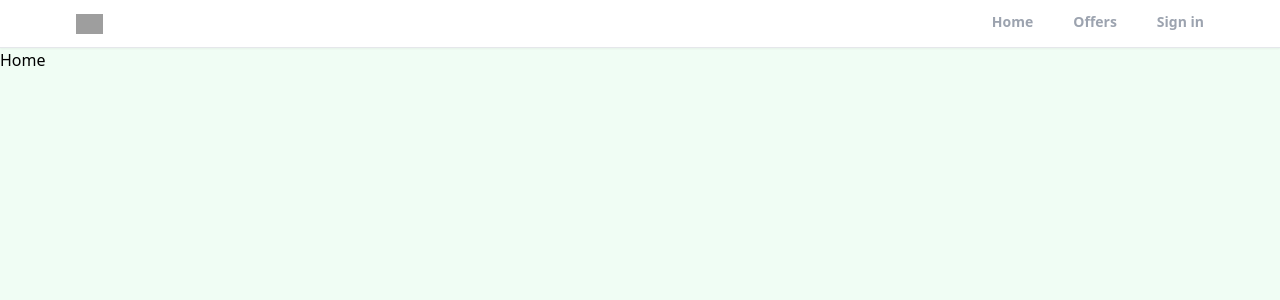
Repository: Masa0915/realtor-clone-react
Page: /
An editor plug-in stored every save of this project. The page is shown before and after the next save, followed by the edit.
The browser window is 1280 px wide. The pictures show the whole page.
Pictures or frames that could not be fetched are drawn as grey boxes. The project was rebuilt for these pictures with package versions that can differ from the ones it lists, and the page was loaded fresh each time. Also part of the build but not shown: src/firebase.js, src/pages/Profile.jsx, src/components/OAuth.jsx, src/pages/SignIn.jsx, src/pages/SignUp.jsx, src/hooks/useAuthStatus.jsx, src/components/Spinner.jsx, src/components/PrivateRoute.jsx and 2 more. Imported but missing from the stored project, and not drawn on this page: src/pages/ForgotPassword.

Above is the page before, as saved 2023-09-24 20:53:52.

### src/index.css
@tailwind base;
@tailwind components;
@tailwind utilities;
body {
  background-color: rgb(240, 253, 244);
}

### src/App.js
import { BrowserRouter as Router, Routes, Route } from "react-router-dom";
import Home from "./pages/Home";
import Profile from "./pages/Profile";
import SignIn from "./pages/SignIn";
import SignUp from "./pages/SignUp";
import ForgotPassword from "./pages/ForgotPassword";
import PrivateRoute from "./components/PrivateRoute";
import Offers from "./pages/Offers";
import Header from "./components/Header";
import { ToastContainer } from "react-toastify";
import "react-toastify/dist/ReactToastify.css";
import CreateListing from "./pages/CreateListing";

function App() {
  return (
    <>
      <Router>
        <Header />
        <Routes>
          <Route path="/" element={<Home />} />
          <Route path="/profile" element={<PrivateRoute />}>
            <Route path="/profile" element={<Profile />} />
          </Route>
          <Route path="/sign-in" element={<SignIn />} />
          <Route path="/sign-up" element={<SignUp />} />
          <Route path="/forgot-password" element={<ForgotPassword />} />
          <Route path="/offers" element={<Offers />} />
          <Route path="create-listing" element={<PrivateRoute />}>
            <Route path="/create-listing" element={<CreateListing />} />
          </Route>
        </Routes>
      </Router>
      <ToastContainer
        position="top-center"
        autoClose={5000}
        hideProgressBar={false}
        newestOnTop={false}
        closeOnClick
        rtl={false}
        pauseOnFocusLoss
        draggable
        pauseOnHover
        theme="dark"
      />
    </>
  );
}

export default App;

### src/components/Header.jsx
// import { useEffect, useState } from "react";
// import { useLocation, useNavigate } from "react-router-dom";
// import { getAuth, onAuthStateChanged } from "firebase/auth";
// export default function Header() {
//   const [pageState, setPageState] = useState("Sign In");
//   const location = useLocation();
//   const navigate = useNavigate();
//   const auth = getAuth();
//   useEffect(() => {
//     onAuthStateChanged(auth, (user) => {
//       if (user) {
//         setPageState("Profile");
//       } else {
//         setPageState("Sign in");
//       }
//     });
//   }, [auth]);
//   function pathMatchRoute(route) {
//     if (route === location.pathname) {
//       return true;
//     }
//   }
//   return (
//     <div className="bg-white border-b shadow-sm sticky top-0 z-40">
//       <header className="flex justify-between items-center px-3 max-w-6xl mx-auto">
//         <div>
//           <img
//             src="https://static.rdc.moveaws.com/images/logos/rdc-logo-default.svg"
//             alt="logo"
//             className="h-5 cursor-pointer"
//             onClick={() => navigate("/")}
//           />
//         </div>
//         <div>
//           <ul className="flex space-x-10">
//             <li
//               className={`cursor-pointer py-3 text-sm font-semibold text-gray-400 border-b-[3px] border-b-transparent ${
//                 pathMatchRoute("/") && "text-black border-b-red-500"
//               }`}
//               onClick={() => navigate("/")}
//             >
//               Home
//             </li>
//             <li
//               className={`cursor-pointer py-3 text-sm font-semibold text-gray-400 border-b-[3px] border-b-transparent
//               ${pathMatchRoute("/offers") && "text-black border-b-red-500"}`}
//               onClick={() => navigate("/offers")}
//             >
//               Offers
//             </li>
//             <li
//               className={`cursor-pointer py-3 text-sm font-semibold text-gray-400 border-b-[3px] border-b-transparent
//               ${
//                 (pathMatchRoute("/sign-in") || pathMatchRoute("/profile")) &&
//                 "text-black border-b-red-500"
//               }`}
//               onClick={() => navigate("/profile")}
//             >
//               {pageState}
//             </li>
//           </ul>
//         </div>
//       </header>
//     </div>
//   );
// }

import { useEffect, useState } from "react";
import { useLocation, useNavigate } from "react-router-dom";
import { getAuth, onAuthStateChanged } from "firebase/auth";
export default function Header() {
  const [pageState, setPageState] = useState("Sign in");
  const location = useLocation();
  const navigate = useNavigate();
  const auth = getAuth();
  useEffect(() => {
    onAuthStateChanged(auth, (user) => {
      if (user) {
        setPageState("Profile");
      } else {
        setPageState("Sign in");
      }
    });
  }, [auth]);
  function pathMatchRoute(route) {
    if (route === location.pathname) {
      return true;
    }
  }
  return (
    <div className="bg-white border-b shadow-sm sticky top-0 z-40">
      <header className="flex justify-between items-center px-3 max-w-6xl mx-auto">
        <div>
          <img
            src="https://static.rdc.moveaws.com/images/logos/rdc-logo-default.svg"
            alt="logo"
            className="h-5 cursor-pointer"
            onClick={() => navigate("/")}
          />
        </div>
        <div>
          <ul className="flex space-x-10">
            <li
              className={`cursor-pointer py-3 text-sm font-semibold text-gray-400 border-b-[3px] border-b-transparent ${
                pathMatchRoute("/") && "text-black border-b-red-500"
              }`}
              onClick={() => navigate("/")}
            >
              Home
            </li>
            <li
              className={`cursor-pointer py-3 text-sm font-semibold text-gray-400 border-b-[3px] border-b-transparent ${
                pathMatchRoute("/offers") && "text-black border-b-red-500"
              }`}
              onClick={() => navigate("/offers")}
            >
              Offers
            </li>
            <li
              className={`cursor-pointer py-3 text-sm font-semibold text-gray-400 border-b-[3px] border-b-transparent ${
                (pathMatchRoute("/sign-in") || pathMatchRoute("/profile")) &&
                "text-black border-b-red-500"
              }`}
              onClick={() => navigate("/profile")}
            >
              {pageState}
            </li>
          </ul>
        </div>
      </header>
    </div>
  );
}

### tailwind.config.js
module.exports = {
  content: ["./src/**/*.{html,js,jsx}"],
  theme: {
    extend: {},
  },
  plugins: [require("@tailwindcss/forms")],
};

Loaded but not shown: public/index.html (common file); src/index.js (common file); src/reportWebVitals.js (common file); src/pages/Home.jsx (common file)

After the next save:
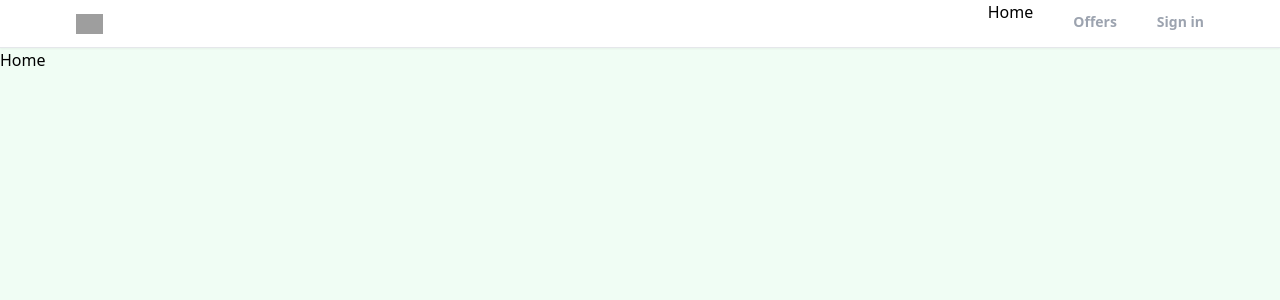
Saved 101 s later.
--- a/src/components/Header.jsx
+++ b/src/components/Header.jsx
@@ -101,9 +101,7 @@
         <div>
           <ul className="flex space-x-10">
             <li
-              className={`cursor-pointer py-3 text-sm font-semibold text-gray-400 border-b-[3px] border-b-transparent ${
-                pathMatchRoute("/") && "text-black border-b-red-500"
-              }`}
+              className={"text-black border-b-red-500"}
               onClick={() => navigate("/")}
             >
               Home

After the save that followed:
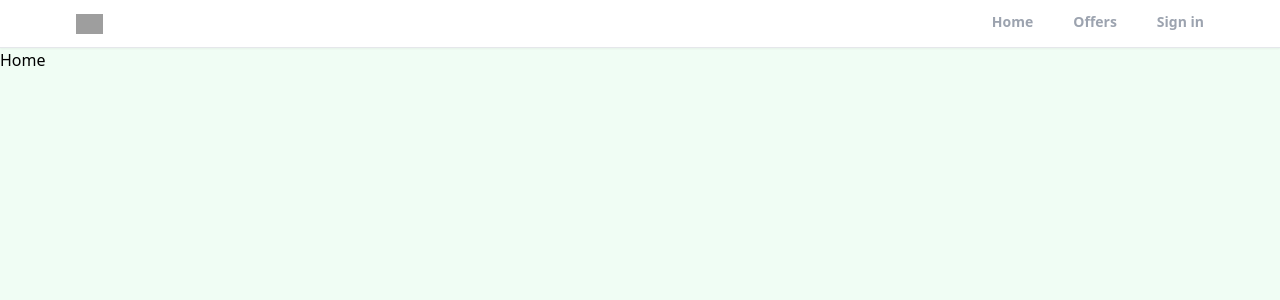
Saved 22 s later.
--- a/src/components/Header.jsx
+++ b/src/components/Header.jsx
@@ -101,7 +101,9 @@
         <div>
           <ul className="flex space-x-10">
             <li
-              className={"text-black border-b-red-500"}
+              className={`cursor-pointer py-3 text-sm font-semibold text-gray-400 border-b-[3px] border-b-transparent ${
+                pathMatchRoute("/") && "text-black border-b-red-500"
+              }`}
               onClick={() => navigate("/")}
             >
               Home
